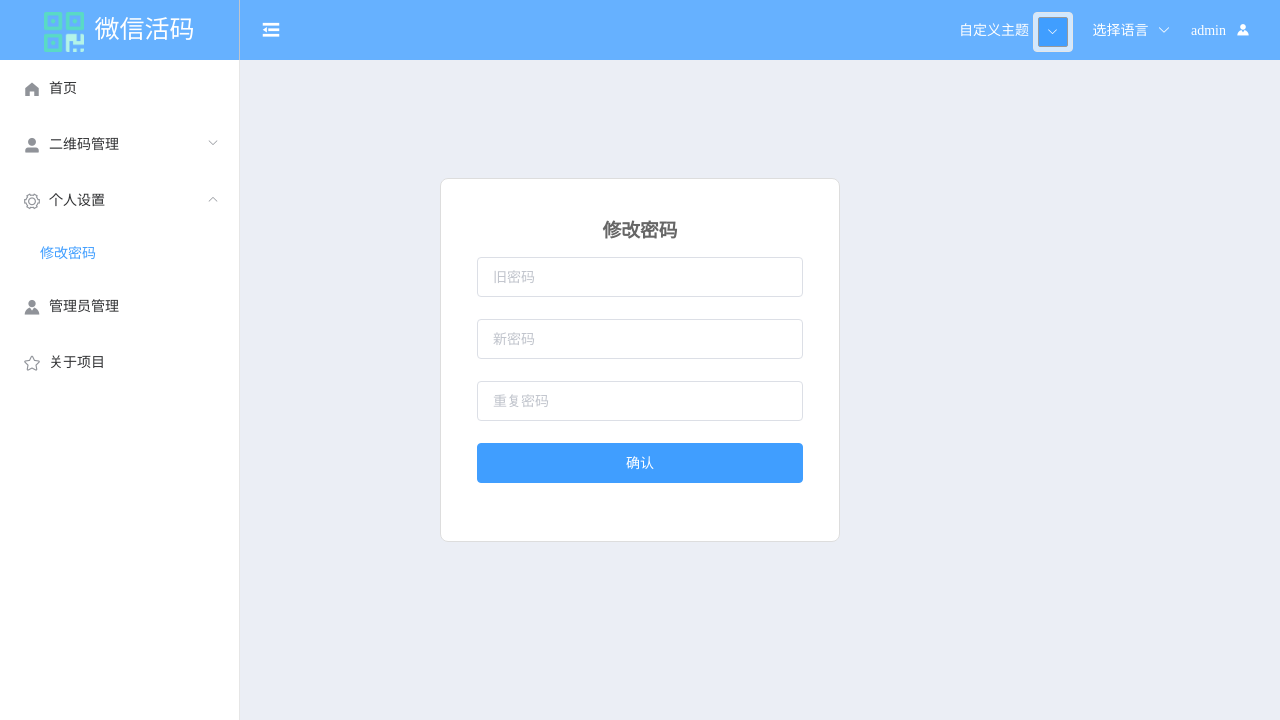
Repository: pioneer22/qrcode
Page: /#/user/password
These files come from the project's save history. The page is drawn as it stood at one moment and after the next save; the edit follows.
The browser window is 1280 px wide. The pictures show the whole page.
The page's requests for data from a server got no answer. An inner scrolling area shows only its first screen. The project was rebuilt for these pictures with package versions that can differ from the ones it lists, and the page was loaded fresh each time. No one was signed in, and anything a server would have sent is missing. Also part of the build but not shown: vue.config.js, src/views/layout/TheLayoutSubSidebar.vue.

Above is the page before, as saved 2020-05-14 15:36:56.

After the next save:
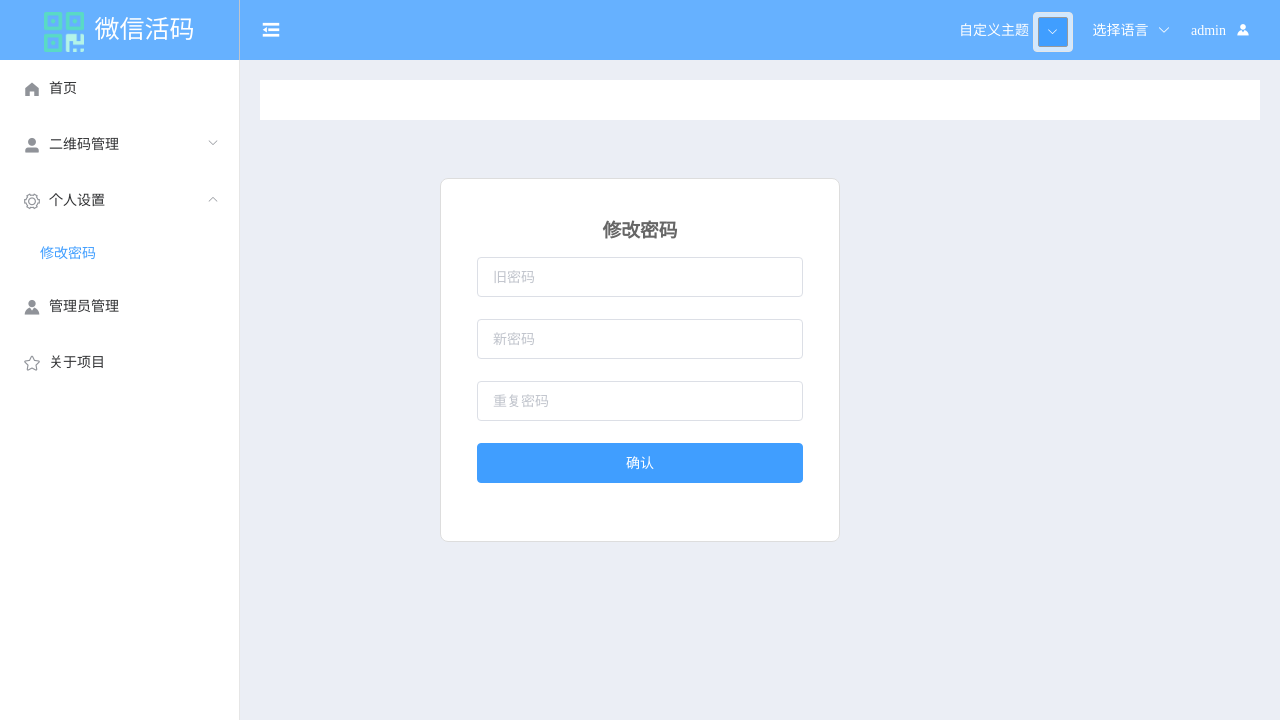
Saved 2 min 51 s later.
--- a/src/views/pages/user/PageUserPassword.vue
+++ b/src/views/pages/user/PageUserPassword.vue
@@ -122,7 +122,7 @@
   }
 
   .page {
-    background-color: transparent;
+    /* background-color: transparent; */
     width: 100%;
     height: 100%;
     font-size: 16px;

After the save that followed:
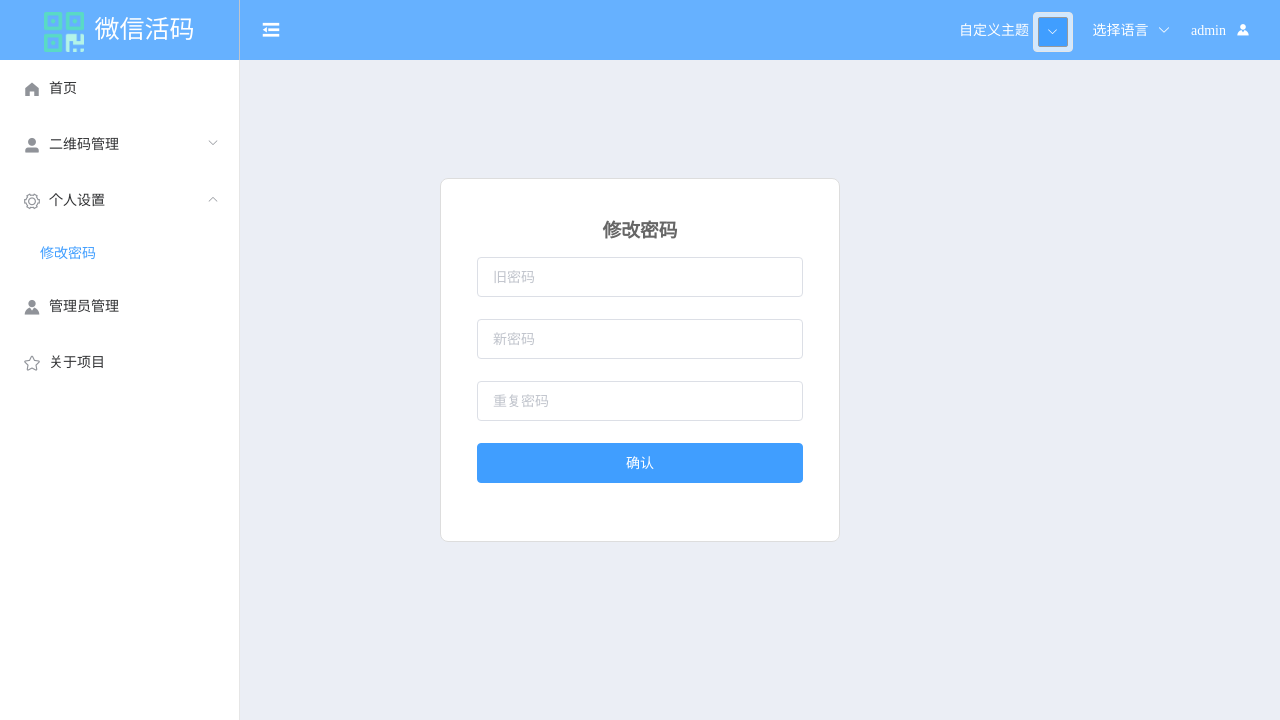
Saved 61 s later.
--- a/src/views/pages/user/PageUserPassword.vue
+++ b/src/views/pages/user/PageUserPassword.vue
@@ -122,7 +122,7 @@
   }
 
   .page {
-    /* background-color: transparent; */
+    background-color: transparent;
     width: 100%;
     height: 100%;
     font-size: 16px;
